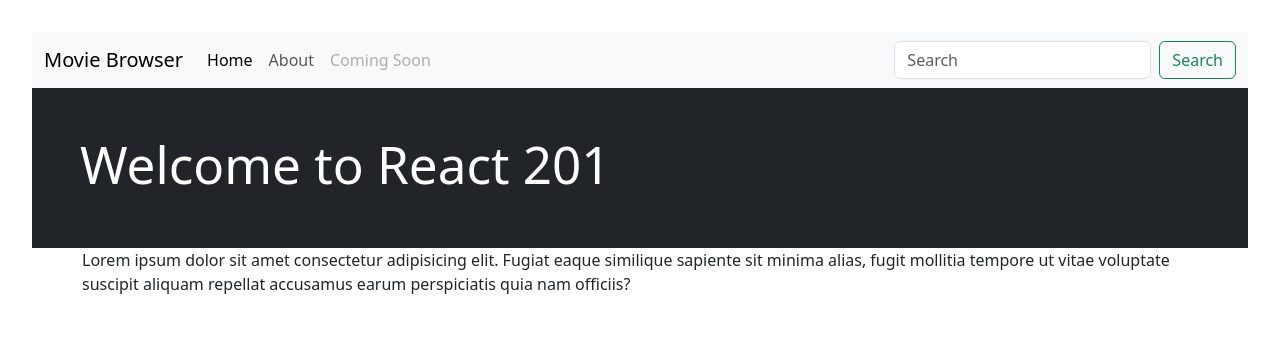
Repository: blordeus/movie-search-browser
Page: / (app in movie-browser/)
The author's editor kept a copy of each file at every save. The page is drawn from the files as they stood at one save, then again after a run of saves.
The browser window is 1280 px wide. The pictures show the whole page.
The project was rebuilt for these pictures with package versions that can differ from the ones it lists, and the page was loaded fresh each time. Also part of the build but not shown: movie-browser/vite.config.js, movie-browser/src/components/About.jsx.

Above is the page before, as saved 2023-09-03 15:14:24.

### movie-browser/index.html
<!doctype html>
<html lang="en">
  <head>
    <meta charset="UTF-8" />
    <link rel="icon" type="image/svg+xml" href="/vite.svg" />
    <meta name="viewport" content="width=device-width, initial-scale=1.0" />
    <link href="https://cdn.jsdelivr.net/npm/bootstrap@5.3.1/dist/css/bootstrap.min.css" rel="stylesheet" integrity="sha384-4bw+/aepP/YC94hEpVNVgiZdgIC5+VKNBQNGCHeKRQN+PtmoHDEXuppvnDJzQIu9" crossorigin="anonymous">
    <title>Movie Browser</title>
  </head>
  <body>
    <div id="root"></div>
    <script type="module" src="/src/main.jsx"></script>
  </body>
</html>

### movie-browser/src/App.jsx
import './App.css'
import Home from './components/Home';
import NavBar from './components/Navbar';
import About from './components/About';
import { Routes, Route } from 'react-router-dom';

function App() {

  return (
    <>
      <NavBar/>
      <Routes>
        <Route path='/' element={<Home/>}/>
        <Route path='/about' element={<About/>}/>
      </Routes>
    </>
  )
}

export default App

### movie-browser/src/index.css
:root {
  font-family: Inter, system-ui, Avenir, Helvetica, Arial, sans-serif;
  line-height: 1.5;
  font-weight: 400;

  color-scheme: light dark;
  color: rgba(255, 255, 255, 0.87);

  font-synthesis: none;
  text-rendering: optimizeLegibility;
  -webkit-font-smoothing: antialiased;
  -moz-osx-font-smoothing: grayscale;
  -webkit-text-size-adjust: 100%;
}

a {
  font-weight: 500;
  color: #646cff;
  text-decoration: inherit;
}
a:hover {
  color: #535bf2;
}

body {
  margin: 0;
}

h1 {
  font-size: 3.2em;
  line-height: 1.1;
}

button {
  border-radius: 8px;
  border: 1px solid transparent;
  padding: 0.6em 1.2em;
  font-size: 1em;
  font-weight: 500;
  font-family: inherit;
  background-color: #1a1a1a;
  cursor: pointer;
  transition: border-color 0.25s;
}
button:hover {
  border-color: #646cff;
}
button:focus,
button:focus-visible {
  outline: 4px auto -webkit-focus-ring-color;
}

@media (prefers-color-scheme: light) {
  :root {
    color: #213547;
    background-color: #ffffff;
  }
  a:hover {
    color: #747bff;
  }
  button {
    background-color: #f9f9f9;
  }
}

### movie-browser/src/components/Home.jsx
import Hero from "./Hero";

const Home = () => {
    return (
      <div>
        <Hero text="Welcome to React 201"/>
        <div className="container">
          <div className="row">
            <div className="col-md-12">
              Lorem ipsum dolor sit amet consectetur adipisicing elit. Fugiat eaque similique sapiente sit minima alias, fugit mollitia tempore ut vitae voluptate suscipit aliquam repellat accusamus earum perspiciatis quia nam officiis?
            </div>
          </div>
        </div>
      </div>
    );
  }

  export default Home;

### movie-browser/src/components/Navbar.jsx
import { Link } from "react-router-dom";
const Navbar = () => (
  <nav className="navbar navbar-expand-lg bg-body-tertiary">
    <div className="container-fluid">
      <Link className="navbar-brand" to="/">Movie Browser</Link>
      <button className="navbar-toggler" type="button" data-bs-toggle="collapse" data-bs-target="#navbarSupportedContent" aria-controls="navbarSupportedContent" aria-expanded="false" aria-label="Toggle navigation">
        <span className="navbar-toggler-icon"></span>
      </button>
      <div className="collapse navbar-collapse" id="navbarSupportedContent">
        <ul className="navbar-nav me-auto mb-2 mb-lg-0">
          <li className="nav-item">
            <Link className="nav-link active" aria-current="page" to="/">Home</Link>
          </li>
          <li className="nav-item">
            <Link className="nav-link" to="/about">About</Link>
          </li>
          <li className="nav-item">
            <Link className="nav-link disabled" aria-disabled="true">Coming Soon</Link>
          </li>
        </ul>
        <form className="d-flex" role="search">
          <input className="form-control me-2" type="search" placeholder="Search" aria-label="Search"/>
          <button className="btn btn-outline-success" type="submit">Search</button>
        </form>
      </div>
    </div>
  </nav>
);

export default Navbar;

### movie-browser/src/components/Hero.jsx
const Hero = ({text}) => {
    return (
        <header className="bg-dark text-white p-5">
            <h1>{text}</h1>
        </header>
    );
}

export default Hero;

Loaded but not shown: movie-browser/src/main.jsx (common file); movie-browser/src/App.css (common file)

After the next 2 saves:
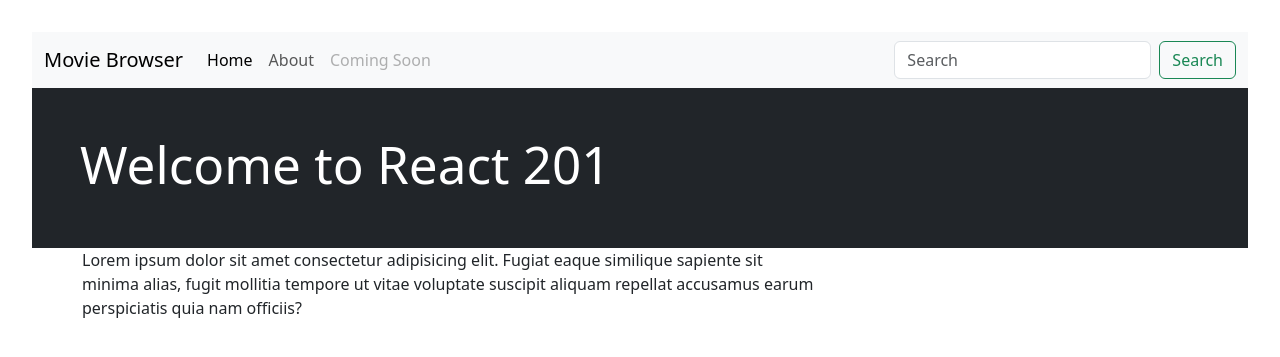
The 2 saves are shown as one change because they came seconds apart.
The last was saved 6 s later.
--- a/movie-browser/src/components/Home.jsx
+++ b/movie-browser/src/components/Home.jsx
@@ -6,7 +6,7 @@
         <Hero text="Welcome to React 201"/>
         <div className="container">
           <div className="row">
-            <div className="col-md-12">
+            <div className="col-lg-8">
               Lorem ipsum dolor sit amet consectetur adipisicing elit. Fugiat eaque similique sapiente sit minima alias, fugit mollitia tempore ut vitae voluptate suscipit aliquam repellat accusamus earum perspiciatis quia nam officiis?
             </div>
           </div>
